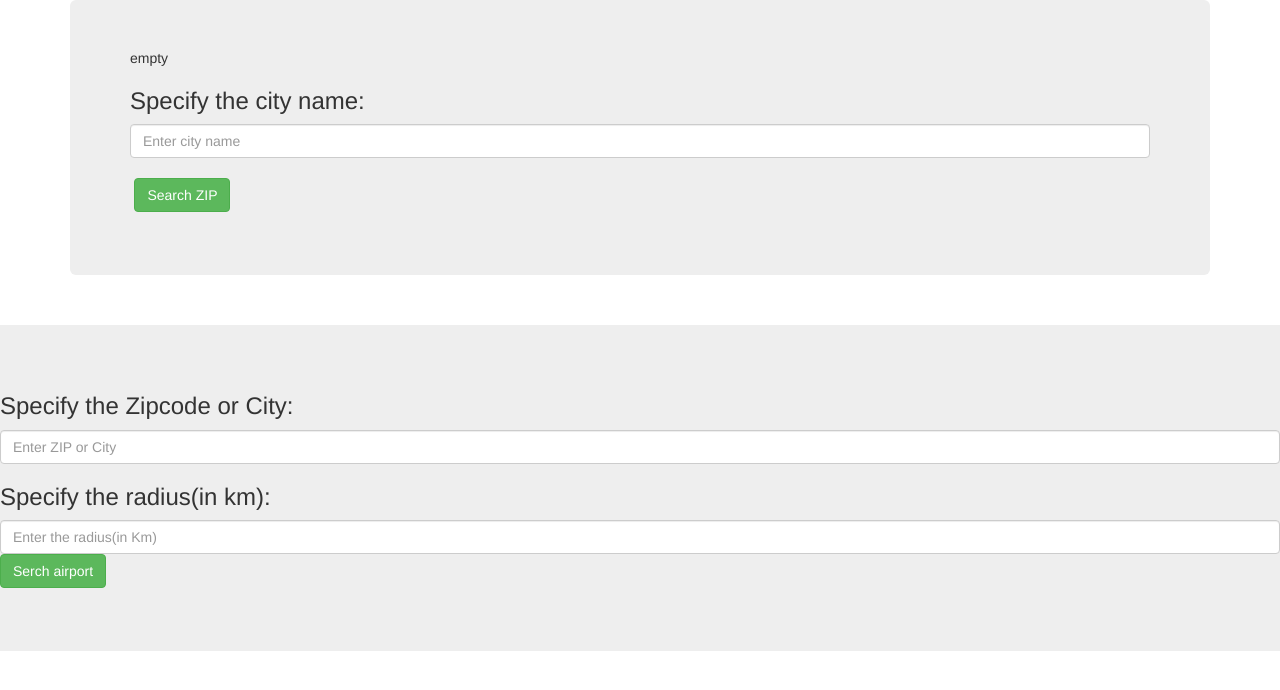
Repository: sjayach/CS320
Page: http://localhost/CS320/AirportDisplay
An editor plug-in stored every save of this project. The page is shown before and after the next save, followed by the edit.
The browser window is 1280 px wide. The pictures show the whole page.
The page is served by Tomcat 9. Queries for data that is not in the repository find no rows.

Above is the page before, as saved 2015-06-14 06:34:29.

After the next save:
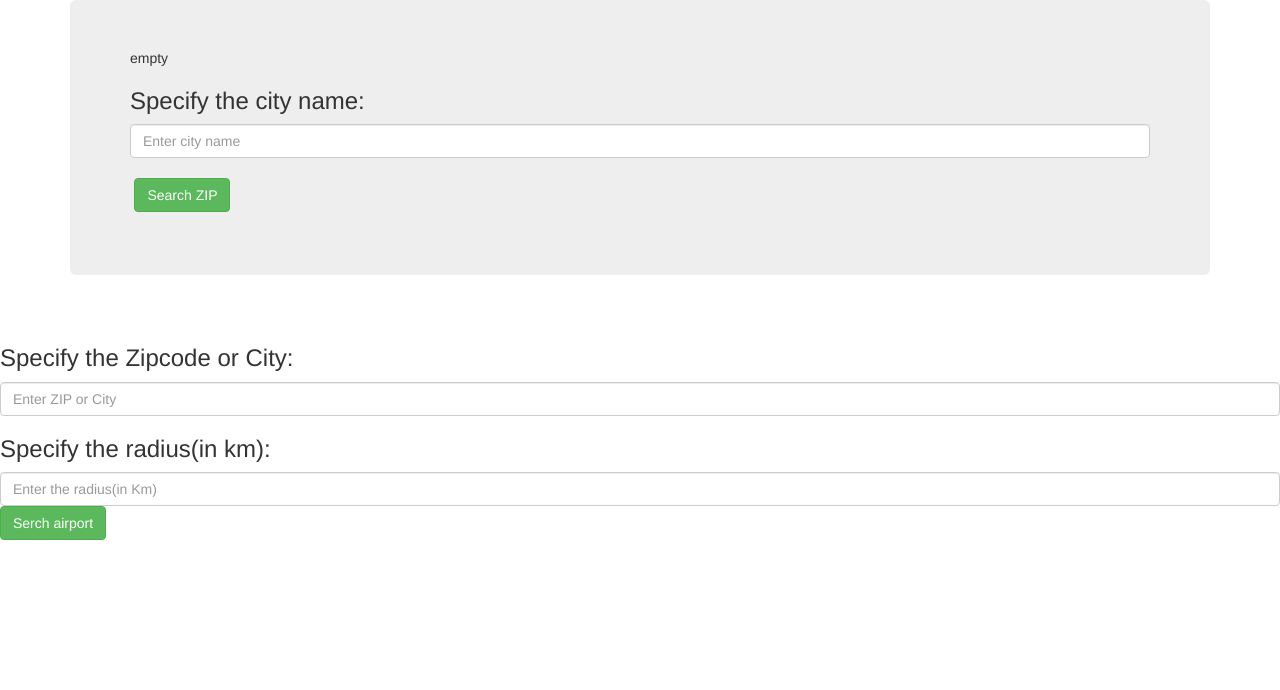
Saved 35 s later.
--- a/CS320/WebContent/WEB-INF/jsp/homework3/Airports.jsp
+++ b/CS320/WebContent/WEB-INF/jsp/homework3/Airports.jsp
@@ -38,7 +38,6 @@
 	</div>
 	<br />
 
-	<div class="jumbotron">
 	<form action="AirportDisplay" method=post>
 		<h3>Specify the Zipcode or City:</h3>
 		<input class="form-control" type="text" name="searchQuery" placeholder="Enter ZIP or City">
@@ -48,7 +47,6 @@
 		<input class="btn btn-success" type="submit" value="Serch airport" name="search_airport">
 		</div>
 	</form>
-	</div>
 
 	<c:if test="${not empty DisplayZip}">
 		<div class="container">
